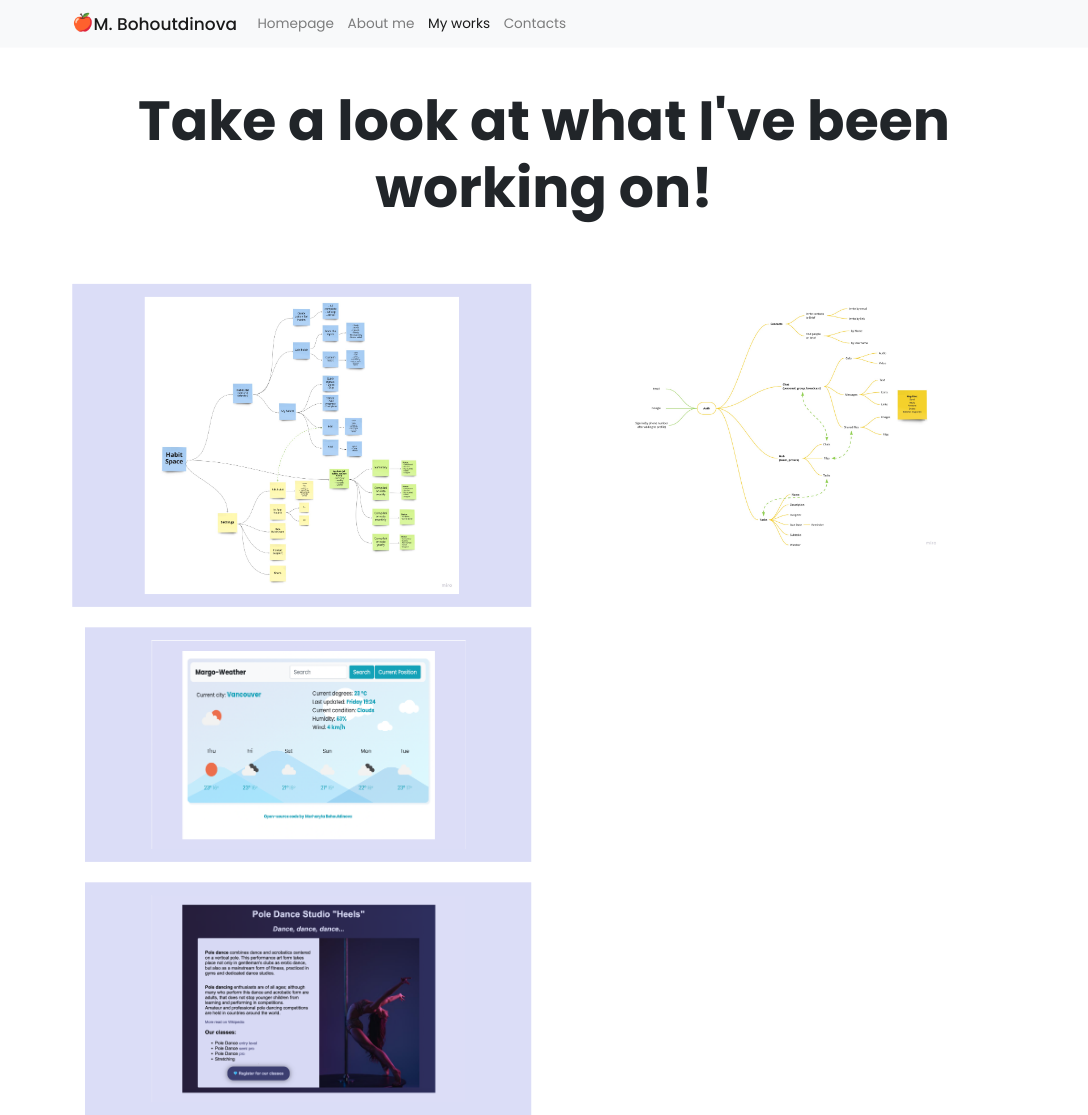
Repository: Bohoutdinova/Portfolio_week-4
Page: works.html
These files come from the project's save history. The page is drawn as it stood at one moment and after the next save; the edit follows.
The browser window is 1280 px wide. The pictures show the whole page, at 85% of full size.

Above is the page before, as saved 2022-08-12 16:23:22.

### works.html
<!DOCTYPE html>
<html lang="en">
  <head>
    <meta charset="UTF-8" />
    <meta http-equiv="X-UA-Compatible" content="IE=edge" />
    <meta name="viewport" content="width=device-width, initial-scale=1.0" />
    <title>M. Bohoutdinova - QA engineer</title>
    <meta name="description" content="Works M. Bohoutdinova" />
    <link
      rel="stylesheet"
      href="https://cdn.jsdelivr.net/npm/bootstrap@4.3.1/dist/css/bootstrap.min.css"
      integrity="sha384-ggOyR0iXCbMQv3Xipma34MD+dH/1fQ784/j6cY/iJTQUOhcWr7x9JvoRxT2MZw1T"
      crossorigin="anonymous"
    />
    <script
      src="https://code.jquery.com/jquery-3.3.1.slim.min.js"
      integrity="sha384-q8i/X+965DzO0rT7abK41JStQIAqVgRVzpbzo5smXKp4YfRvH+8abtTE1Pi6jizo"
      crossorigin="anonymous"
    ></script>
    <script
      src="https://cdn.jsdelivr.net/npm/popper.js@1.14.7/dist/umd/popper.min.js"
      integrity="sha384-UO2eT0CpHqdSJQ6hJty5KVphtPhzWj9WO1clHTMGa3JDZwrnQq4sF86dIHNDz0W1"
      crossorigin="anonymous"
    ></script>
    <script
      src="https://cdn.jsdelivr.net/npm/bootstrap@4.3.1/dist/js/bootstrap.min.js"
      integrity="sha384-JjSmVgyd0p3pXB1rRibZUAYoIIy6OrQ6VrjIEaFf/nJGzIxFDsf4x0xIM+B07jRM"
      crossorigin="anonymous"
    ></script>
    <link rel="stylesheet" href="/src/style.css" />
    <link rel="preconnect" href="https://fonts.googleapis.com" />
    <link rel="preconnect" href="https://fonts.gstatic.com" crossorigin />
    <link rel="preconnect" href="https://fonts.googleapis.com" />
    <link rel="preconnect" href="https://fonts.gstatic.com" crossorigin />
    <link
      href="https://fonts.googleapis.com/css2?family=Abril+Fatface&family=Poppins:wght@100;400;500;700&display=swap"
      rel="stylesheet"
    />
  </head>
  <body>
    <nav class="navbar navbar-expand-lg navbar-light bg-light">
      <div class="container">
        <a class="navbar-brand" href="/index.html" title="Homepage"
          >M. Bohoutdinova</a
        >
        <button
          class="navbar-toggler"
          type="button"
          data-toggle="collapse"
          data-target="#navbarNav"
          aria-controls="navbarNav"
          aria-expanded="false"
          aria-label="Toggle navigation"
        >
          <span class="navbar-toggler-icon"></span>
        </button>
        <div class="collapse navbar-collapse" id="navbarNav">
          <ul class="navbar-nav">
            <li class="nav-item">
              <a class="nav-link" href="/index.html" title="Homepage"
                >Homepage <span class="sr-only">(current)</span></a
              >
            </li>
            <li class="nav-item">
              <a
                class="nav-link"
                href="/about.html"
                title="About M. Bohoutdinova"
                >About me</a
              >
            </li>
            <li class="nav-item active">
              <a class="nav-link" href="/works.html" title="My works"
                >My works</a
              >
            </li>
            <li class="nav-item">
              <a class="nav-link" href="#" title="Contact with M. Bohoutdinova"
                >Contacts</a
              >
            </li>
          </ul>
        </div>
      </div>
    </nav>
    <div class="container works-container">
      <div class="content">
        <h1 class="mt-5 text-center">
          Take a look at what I've been working on!
        </h1>
        <div class="row">
          <div class="col-md-6 mt-4">
            <div class="img-color">
              <img
                src="/images/Habit_space.jpeg"
                alt="Habitspace"
                class="img-fluid rounded img-works"
                width="400"
              />
            </div>
          </div>
          <div class="col-md-6 mt-4">
            <div class="img-color"></div>
            <img
              src="/images/Brief.jpeg"
              alt="Brief"
              class="img-fluid rounded img-works"
              width="400"
            />
            </div>
          </div>
          <div class="col-md-6 mt-4">
            <div class="img-color">
            <img
              src="/images/Weather-app.png"
              alt="weather-app"
              class="img-fluid rounded img-works"
              width="400"
            />
            </div>
          </div>
          <div class="col-md-6 mt-4">
            <div class="img-color">
            <img
              src="/images/Poledance.png"
              alt="poledance-page"
              class="img-fluid rounded img-works"
              width="400"
            />
            </div>
          </div>
        </div>
      </div>
    </div>
  </body>
</html>

### src/style.css
:root {
  --main-family-font: "Poppins", sans-serif;
  --main-color: #fa434c;
}
body {
  font-family: var(--main-family-font);
}

.navbar-brand {
  position: relative;
  padding-left: 25px;
  font-weight: 500;
}

.navbar-brand:before {
  position: absolute;
  content: "🍎";
  left: 0;
  top: 3px;
}

.navbar-brand:hover:before {
  content: "🍏";
}
.hero-page {
  text-align: center;
}

h2 {
  font-weight: 400;
}
h1 {
  font-weight: 700;
  font-size: 65px;
}
h3 {
  font-size: 25px;
  font-weight: 400;
  opacity: 70%;
}
.hero-page h3 {
  margin-bottom: 60px;
}
img {
  display: block;
  margin: 0 auto;
  text-align: center;
}
.col-sm-6 {
  padding: 0;
}
.contact-me {
  padding: 15px 25px;
  background-color: var(--main-color);
  color: white;
  font-size: 18px;
  border: 2px solid var(--main-color);
}
.contact-me:hover {
  color: var(--main-color);
  background-color: white;
  border-color: var(--main-color);
  text-decoration: none;
}
.about-app {
  text-align: center;
}
.app-name {
  font-size: 35px;
  font-weight: 700;
}
.app {
  background-color: rgb(255, 216, 216, 30%);
}
.app-description {
  padding: 15px 25px;
  margin: 30px;
  text-align: center;
}
.app-description-p {
  margin-top: 30px;
  margin-bottom: 50px;
}
.app-link {
  color: var(--main-color);
  padding: 15px 25px;
  font-size: 18px;
  border: 2px solid rgb(255, 216, 216);
}
.app-link:hover {
  text-decoration: none;
  color: black;
}
.row {
  margin-top: 50px;
}
.about-description {
  text-align: left;
}
@media (max-width: 900px) {
  h1 {
    font-size: 45px;
  }
  h3 {
    font-size: 20px;
  }
  .row {
    margin-top: 0;
  }
}
.about-page {
  text-align: center;
}
.img-works {
  padding: 15px;
}
.img-color {
  background-color: rgb(196, 199, 242, 0.6);
}

After the next save:
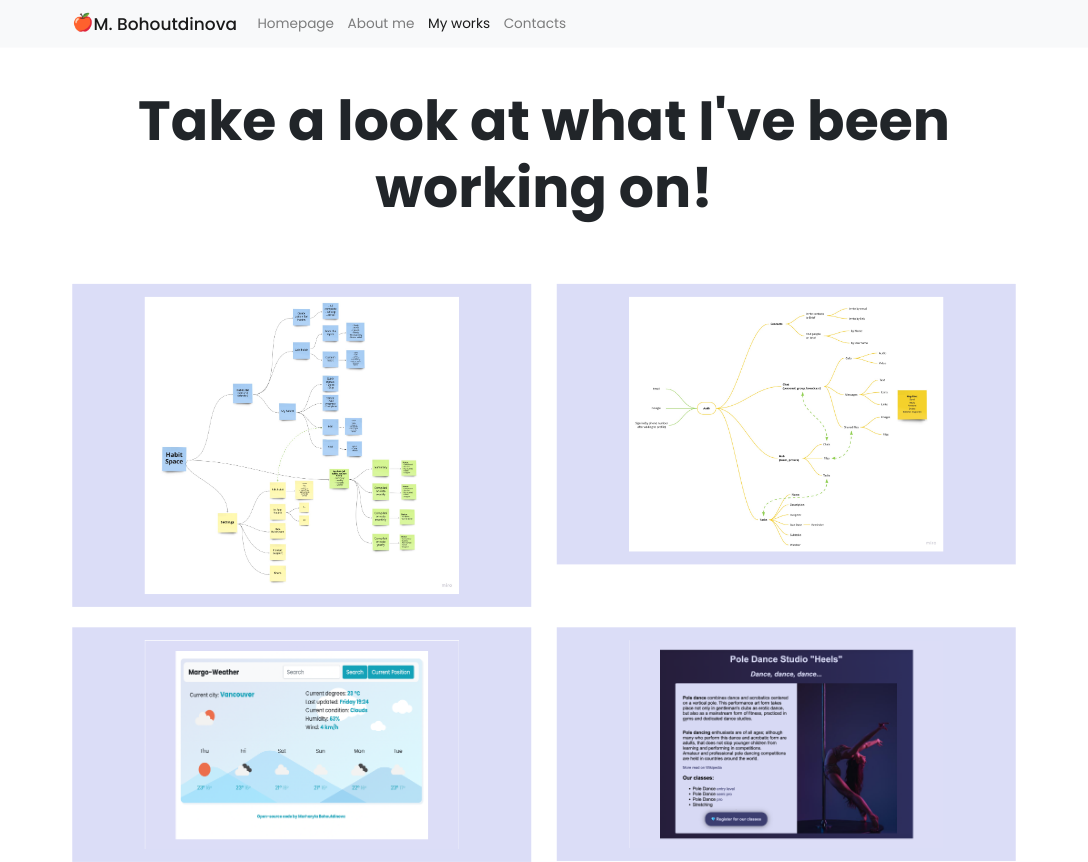
Saved 37 s later.
--- a/works.html
+++ b/works.html
@@ -100,33 +100,33 @@
             </div>
           </div>
           <div class="col-md-6 mt-4">
-            <div class="img-color"></div>
-            <img
-              src="/images/Brief.jpeg"
-              alt="Brief"
-              class="img-fluid rounded img-works"
-              width="400"
-            />
+            <div class="img-color">
+              <img
+                src="/images/Brief.jpeg"
+                alt="Brief"
+                class="img-fluid rounded img-works"
+                width="400"
+              />
             </div>
           </div>
           <div class="col-md-6 mt-4">
             <div class="img-color">
-            <img
-              src="/images/Weather-app.png"
-              alt="weather-app"
-              class="img-fluid rounded img-works"
-              width="400"
-            />
+              <img
+                src="/images/Weather-app.png"
+                alt="weather-app"
+                class="img-fluid rounded img-works"
+                width="400"
+              />
             </div>
           </div>
           <div class="col-md-6 mt-4">
             <div class="img-color">
-            <img
-              src="/images/Poledance.png"
-              alt="poledance-page"
-              class="img-fluid rounded img-works"
-              width="400"
-            />
+              <img
+                src="/images/Poledance.png"
+                alt="poledance-page"
+                class="img-fluid rounded img-works"
+                width="400"
+              />
             </div>
           </div>
         </div>
